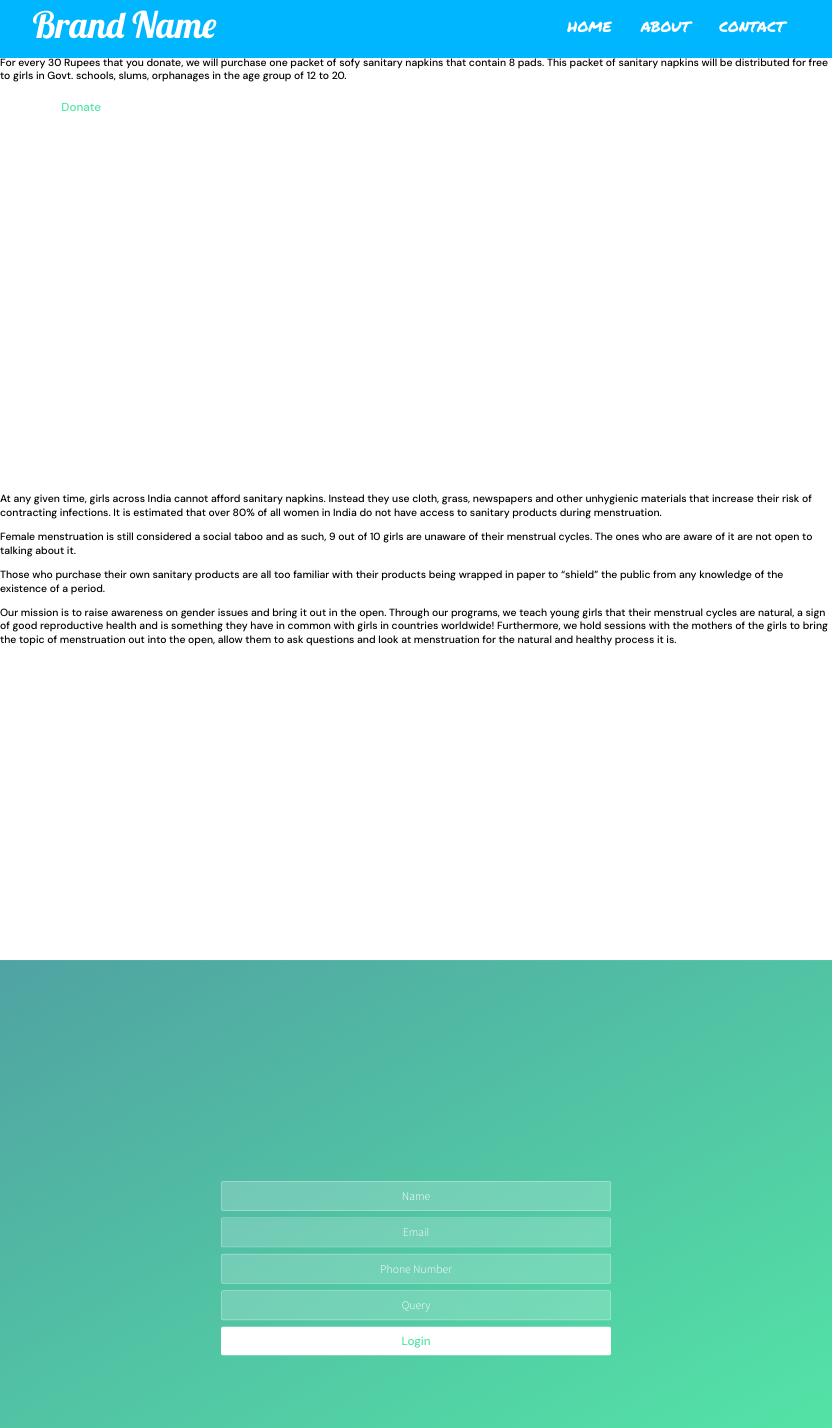
Repository: Jrap-bit/PeriodofSharing
Page: index.html
An editor plug-in stored every save of this project. The page is shown before and after the next save, followed by the edit.
The browser window is 1280 px wide. The pictures show the whole page, at 65% of full size.

Above is the page before, as saved 2022-01-15 13:09:33.

### index.html
<!DOCTYPE html>
<html lang="en">
  <head>
    <meta charset="UTF-8" />
    <meta http-equiv="X-UA-Compatible" content="IE=edge" />
    <meta name="viewport" content="width=device-width, initial-scale=1.0" />
    <link rel="stylesheet" href="style.css" />
    <title>#PeriodofSharing</title>
  </head>
  <body>
    <nav class="navbar">
      <div class="brand-title">Brand Name</div>
      <a href="#" class="toggle-button">
        <span class="bar"></span>
        <span class="bar"></span>
        <span class="bar"></span>
      </a>
      <div class="navbar-links">
        <ul>
          <li><a href="#Home">HOME</a></li>
          <li><a href="#About">ABOUT</a></li>
          <li><a href="#Contact">CONTACT</a></li>
        </ul>
      </div>
    </nav>
    <div id="Home" class="home">
      <h1>#PeriodofSharing</h1>
      <p>
        For every 30 Rupees that you donate, we will purchase one packet of sofy
        sanitary napkins that contain 8 pads. This packet of sanitary napkins
        will be distributed for free to girls in Govt. schools, slums,
        orphanages in the age group of 12 to 20.
      </p>
      <div>
        <a href="Donate.html"><button class="donate-button">Donate</button></a>
      </div>
    </div>
    <div id="About" class="about">
      <p>
        At any given time, girls across India cannot afford sanitary napkins.
        Instead they use cloth, grass, newspapers and other unhygienic materials
        that increase their risk of contracting infections. It is estimated that
        over 80% of all women in India do not have access to sanitary products
        during menstruation.
      </p>
      <p>
        Female menstruation is still considered a social taboo and as such, 9
        out of 10 girls are unaware of their menstrual cycles. The ones who are
        aware of it are not open to talking about it.
      </p>
      <p>
        Those who purchase their own sanitary products are all too familiar with
        their products being wrapped in paper to “shield” the public from any
        knowledge of the existence of a period.
      </p>
      <p>
        Our mission is to raise awareness on gender issues and bring it out in
        the open. Through our programs, we teach young girls that their
        menstrual cycles are natural, a sign of good reproductive health and is
        something they have in common with girls in countries worldwide!
        Furthermore, we hold sessions with the mothers of the girls to bring the
        topic of menstruation out into the open, allow them to ask questions and
        look at menstruation for the natural and healthy process it is.
      </p>
    </div>
    <div class="contact" id="Contact">
      <div class="wrapper">
        <div class="container">
          <form class="form">
            <input type="text" placeholder="Name" />
            <input type="text" placeholder="Email" />
            <input type="text" placeholder="Phone Number" />
            <input type="text" placeholder="Query" />
            <button type="submit" id="login-button">Login</button>
          </form>
        </div>
      </div>
    </div>
  </body>
</html>

### style.css
@import url('https://fonts.googleapis.com/css2?family=DM+Sans:wght@500&display=swap');
@import url('https://fonts.googleapis.com/css2?family=Bebas+Neue&family=Lobster&family=Permanent+Marker&display=swap');
@import url('https://fonts.googleapis.com/css?family=Source+Sans+Pro:200,300');


* {
    box-sizing: border-box;
    font-family: 'DM Sans', sans-serif;
    font-weight: 300;
}

body {
    margin: 0;
    padding: 0;
    font-family: 'Source Sans Pro', sans-serif;
	 color: black;
	 font-weight: 300;
}

body ::-webkit-input-placeholder {
    font-family: 'Source Sans Pro', sans-serif;
    color: white;
    font-weight: 300;
}
body :-moz-placeholder {
    font-family: 'Source Sans Pro', sans-serif;
    color: white;
    opacity: 1;
    font-weight: 300;
}
body ::-moz-placeholder {
    font-family: 'Source Sans Pro', sans-serif;
    color: white;
    opacity: 1;
    font-weight: 300;
}
body :-ms-input-placeholder {
    font-family: 'Source Sans Pro', sans-serif;
    color: white;
    font-weight: 300;
}
.wrapper {
    background: #50a3a2;
    background: -webkit-linear-gradient(top left,#50a3a2 0%,#53e3a6 100%);
    background: -moz-linear-gradient(top left,#50a3a2 0%,#53e3a6 100%);
    background: -o-linear-gradient(top left,#50a3a2 0%,#53e3a6 100%);
    background: linear-gradient(to bottom right,#50a3a2 0%,#53e3a6 100%);
    position: absolute;
    left: 0;
    width: 100%;
    height: 100vh;
    overflow: hidden;
}
.wrapper.form-success .container h1 {
    transform: translateY(85px);
}
.container {
    max-width: 600px;
    margin: 0 auto;
    padding: 80px 0;
    height: 400px;
    text-align: center;
}
.container h1 {
    font-size: 40px;
    transition-duration: 1s;
    transition-timing-function: ease-in-put;
    font-weight: 200;
}
form {
    margin-top: 40%;
    padding: 20px 0;
    position: relative;
    z-index: 2;
}
form input {
    display: block;
    appearance: none;
    outline: 0;
    border: 1px solid rgba(255,255,255,0.4);
    background-color: rgba(255,255,255,0.2);
    width: 100%;
    border-radius: 3px;
    padding: 10px 15px;
    margin: 0 auto 10px auto;
    text-align: center;
    font-size: 18px;
    color: white;
    transition-duration: 0.25s;
    font-weight: 300;
}
form input:hover {
    background-color: rgba(255,255,255,0.4);
}
form input:focus {
    background-color: white;
    width: 120%;
    color: #53e3a6;
}
form button {
    appearance: none;
    outline: 0;
    background-color: white;
    border: 0;
    padding: 10px 15px;
    color: #53e3a6;
    border-radius: 3px;
    width: 100%;
    cursor: pointer;
    font-size: 18px;
    transition-duration: 0.25s;
}
form button:hover {
    background-color: #f5f7f9;
}

html{
    scroll-behavior: smooth;
}

.donate-button{
    appearance: none;
    outline: 0;
    background-color: white;
    border: 0;
    padding: 10px 15px;
    color: #53e3a6;
    border-radius: 3px;
    width: 250px;
    cursor: pointer;
    font-size: 18px;
    transition-duration: 0.25s;
}
.donate-button:hover{
    background-color: #f5f7f9;
}

.navbar{
    display: flex;
    justify-content: space-between;
    align-items: center;
    background-color: rgb(0, 183, 255);
    color: white;
    width: 100%;
    margin-top: -30px;
    position: fixed;
}

.brand-title{
    font-family: 'Lobster', cursive;
    font-size: 3.5rem;
    margin: 10px 50px;
    margin-bottom: 15px;

}

.navbar-links ul{
    margin: 10px 50px 10px 50px;
    display: flex;
}

.navbar-links li {
    font-family: 'Permanent Marker', cursive;
    font-weight: bold;
    list-style: none;
    font-size: 1.4rem;

}

.navbar-links li a{
    font-family: 'Permanent Marker', cursive;
    text-decoration: none;
    color: white;
    padding: 1.4rem;
    display: block;
}

.navbar-links li:hover{
    background-color: rgb(1, 54, 75);
}

.toggle-button {
    position: absolute;
    top: .75rem;
    right: 1rem;
    display: none;
    flex-direction: column;
    justify-content: space-between;
    width: 30px;
    height: 21px;
}

.toggle-button .bar{
    height: 3px;
    width: 100%;
    background-color: white;
    border-radius: 10px;
}
.about{
    height: 100vh;

}

.home{
    height: 100vh;
}

@media (max-width: 800px) {
    .toggle-button{
        display: flex;
    }
    .navbar-links{
        display: none;
        width: 100%;
    }

    .navbar{
        flex-direction: column;
        align-items: flex-start;
    }

    .navbar-links ul {
        flex-direction: column;
        width: 100%;

    }

    .navbar-links li{
        text-align: center;
    }

    .navbar-links li a{
        padding: 0.5rem 1rem;
    }

    .navbar-links.active{
        display: flex;
    }

    .toggle-button:hover{
        background-color: #666;
    }
}

After the next save:
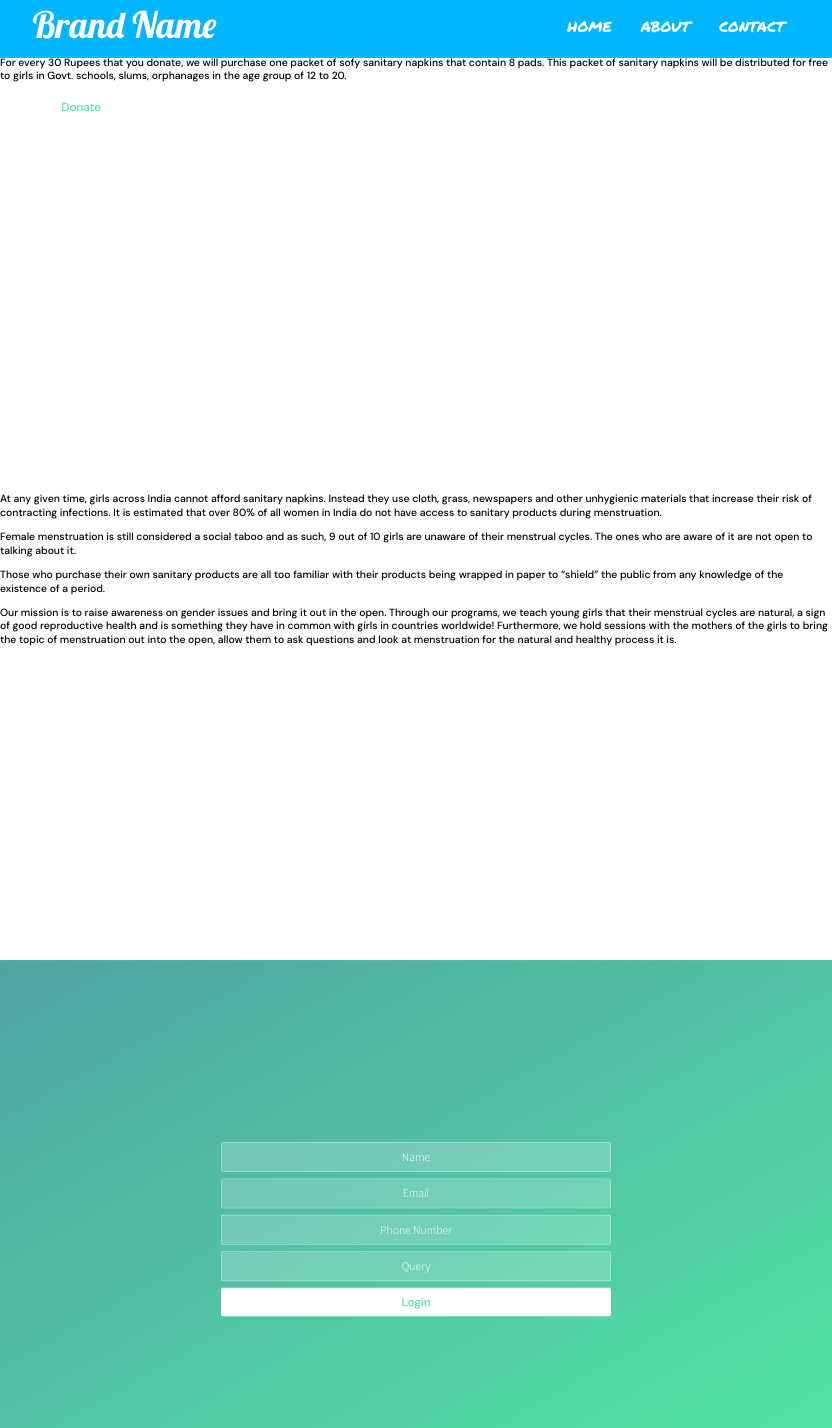
Saved 4 s later.
--- a/style.css
+++ b/style.css
@@ -68,7 +68,7 @@ body :-ms-input-placeholder {
     font-weight: 200;
 }
 form {
-    margin-top: 40%;
+    margin-top: 30%;
     padding: 20px 0;
     position: relative;
     z-index: 2;
